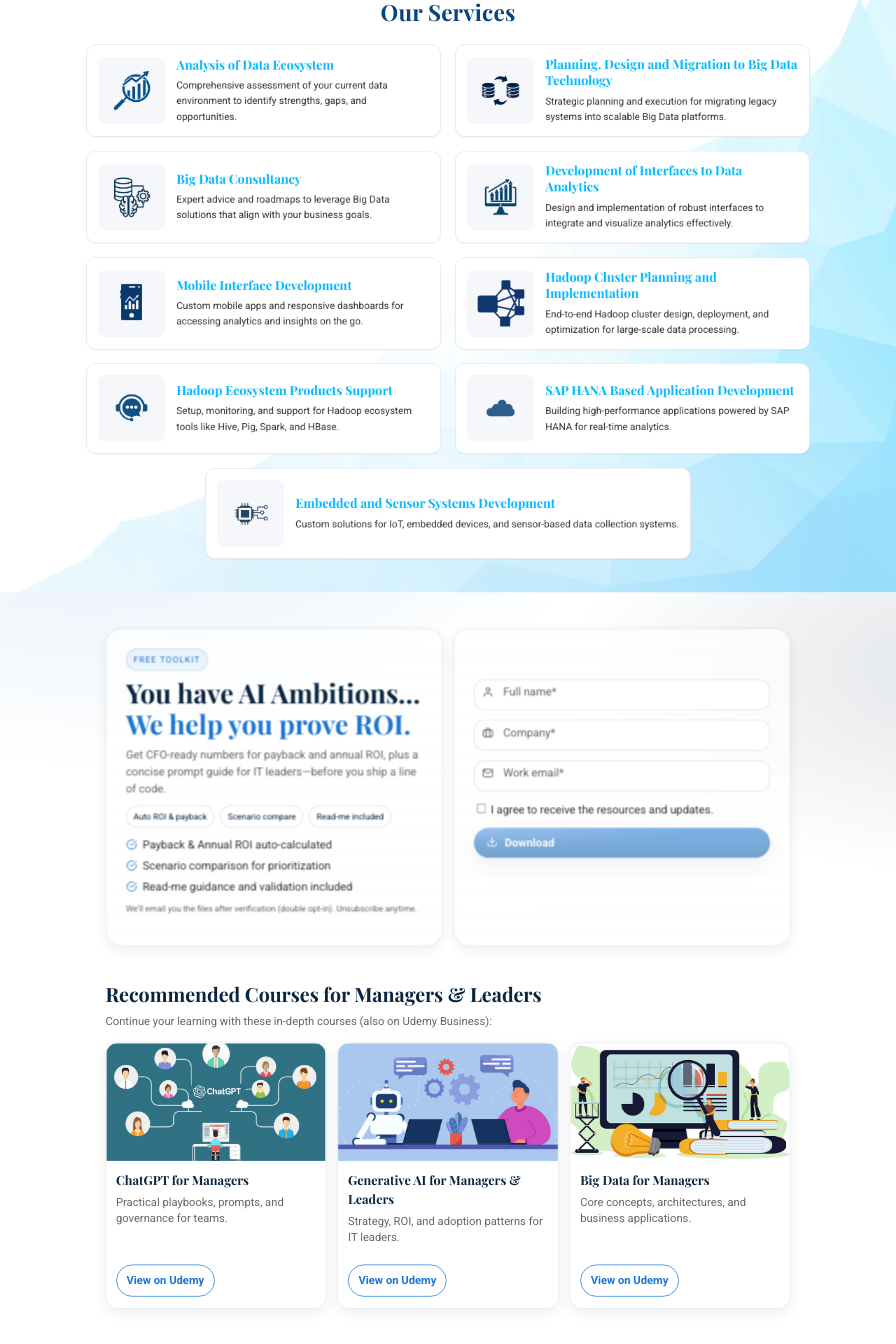
Repository: Yeshwanth-189/spiderOpsNet
Page: / (app in spideropsnet-frontend/)
These files come from the project's save history. The page is drawn as it stood at one moment and after the next save; the edit follows.
The browser window is 1280 px wide. The pictures show the part of the page from y = 1879 to 3799 px (the page is 3799 px tall), at 70% of full size.
The project was rebuilt for these pictures with package versions that can differ from the ones it lists, and the page was loaded fresh each time. Also part of the build but not shown: spideropsnet-frontend/vite.config.js.

Above is the page before, as saved 2025-09-05 18:10:21.

### spideropsnet-frontend/index.html
<!DOCTYPE html>
<html lang="en">
  <head>
    <meta charset="UTF-8" />
    <link rel="icon" type="image/svg+xml" href="/spideropsnet.svg" />
    <link
      href="https://fonts.googleapis.com/css2?family=Playfair+Display:wght@400;600;700&family=Roboto:wght@400;500;700&display=swap"
      rel="stylesheet"
    />
    <meta name="viewport" content="width=device-width, initial-scale=1.0" />
    <title>SpiderOpsNet</title>
  </head>
  <body>
    <div id="root"></div>
    <script type="module" src="/src/main.jsx"></script>
  </body>
</html>

### spideropsnet-frontend/src/App.jsx
import "./App.css";
import SpiderOpsNet from "./components/SpiderOpsNet";
import { BrowserRouter as Router, Routes, Route } from "react-router-dom";

function App() {
  return (
    <>
      <Router>
        <Routes>
          <Route path="/" element={<SpiderOpsNet />} />
          {/* <Route path="/overview" element={<Overview />} />
          <Route path="/profession" element={<Profession />} />
          <Route path="/projects" element={<Project />} />
          <Route path="/education" element={<Education />} />
          <Route path="/skills" element={<Skills />} />
          <Route path="/achievements" element={<Awards />} /> */}
        </Routes>
      </Router>
    </>
  );
}

export default App;

### spideropsnet-frontend/src/App.css
:root {
  /* Brand Colors */
  --color-primary: #0b437c; /* Dark Navy Blue */
  --color-secondary: #00b6fd; /* Professional Light Blue */

  /* Backgrounds */
  --color-bg: #ffffff;
  --color-bg-light: #f5f5f5;

  /* Neutral Grays */
  --color-gray-dark: #333333;
  --color-gray-mid: #666666;
  --color-gray-light: #f5f5f5;

  /* Status Colors */
  --color-success: #2e7d32;
  --color-warning: #ed6c02;
  --color-error: #d32f2f;

  /* Typography */
  --font-heading: "Playfair Display", serif;
  --font-body: "Roboto", sans-serif;

  /* Font Sizes (scalable for responsive design) */
  --text-h1: 2.5rem;
  --text-h2: 2rem;
  --text-h3: 1.5rem;
  --text-body: 1rem;
  --text-small: 0.875rem;

  /* Spacing (consistent padding/margin system) */
  --space-xs: 4px;
  --space-sm: 8px;
  --space-md: 16px;
  --space-lg: 24px;
  --space-xl: 32px;

  /* Border Radius */
  --radius-sm: 4px;
  --radius-md: 8px;
  --radius-lg: 16px;

  /* Shadows */
  --shadow-sm: 0 1px 2px rgba(0, 0, 0, 0.05);
  --shadow-md: 0 4px 6px rgba(0, 0, 0, 0.1);
  --shadow-lg: 0 10px 15px rgba(0, 0, 0, 0.15);
}

html,
body {
  margin: 0;
  padding: 0;
}
* {
  box-sizing: border-box;
}
/* Base Typography */
body {
  font-family: var(--font-body);
  font-size: var(--text-body);
  color: var(--color-gray-dark);
  background-color: var(--color-bg);
  margin: 0;
  padding: 0;
}

h1,
h2,
h3,
h4,
h5,
h6 {
  font-family: var(--font-heading);
  color: var(--color-primary);
  margin: 0 0 var(--space-md);
}

p {
  margin: 0 0 var(--space-md);
  color: var(--color-gray-mid);
}

### spideropsnet-frontend/src/components/SpiderOpsNet.jsx
import React from "react";
import Hero from "../components/Hero";
import NavBar from "../components/NavBar";
import About from "../components/About";
import Services from "../components/Services";
// import Experience from "../components/Experience";
// import Communications from "../components/Communications";
import "../styles/SpiderOpsNet.css";
import Courses from "../components/Courses";

function SpiderOpsNet() {
  return (
    <>
      <NavBar />
      <Hero />
      <About />
      <Services />
      <Courses />
      {/* <Experience />
      <Communications /> */}
    </>
  );
}

export default SpiderOpsNet;

### spideropsnet-frontend/src/components/Hero.jsx
import React from "react";
import "../styles//Hero.css";
import DataMountains from "../assets/DataMountains.png";
// eslint-disable-next-line no-unused-vars
import { motion, useReducedMotion } from "framer-motion";

export default function Hero({
  title = "You have Data Mountains?",
  subtitle = "We have Big Data Solutions!",
  paragraph = "From scalable data pipelines to real-time analytics and AI-assisted insights, we turn your data mountains into business outcomes.",
  ctaText = "View Services",
  onCtaClick = () => {},
  imageAlt = "Abstract mountain range representing big data layers",
}) {
  const prefersReducedMotion = useReducedMotion();

  const initial = prefersReducedMotion ? { opacity: 0 } : { opacity: 0, y: 40 };
  const animate = prefersReducedMotion ? { opacity: 1 } : { opacity: 1, y: 0 };
  const transition = prefersReducedMotion
    ? { duration: 0.6, ease: "easeOut" }
    : { duration: 0.9, ease: "easeOut" };
  return (
    <motion.section
      className="hero"
      aria-label="Data Solutions Hero"
      initial={initial}
      animate={animate}
      transition={transition}
    >
      <header className="hero__header">
        <h1 className="hero__title">{title}</h1>
        <h1 className="hero__subtitle">{subtitle}</h1>
      </header>

      <div className="hero__left">
        <p className="hero__paragraph">{paragraph}</p>
        <button className="hero__cta" onClick={onCtaClick} aria-label={ctaText}>
          {ctaText}
        </button>
      </div>

      <figure className="hero__right">
        <img
          className="hero__image"
          src={DataMountains}
          alt={imageAlt}
          loading="eager"
        />
      </figure>
    </motion.section>
  );
}

### spideropsnet-frontend/src/components/NavBar.jsx
import React, { useState } from "react";
import { Link } from "react-router-dom";
import "../styles/NavBar.css";
import SpiderOpsNet from "../assets/SpiderOpsNet.png";

function Navbar() {
  const [isOpen, setIsOpen] = useState(false);

  return (
    <nav className="navbar">
      <div className="navbar-grid">
        <div className="col-1" />

        <div className="col-2to11 navbar-content">
          <div className="navbar-logo">
            <img
              alt="logo"
              className="navbar-logo-image"
              src={SpiderOpsNet}
            ></img>
            <h2>
              <span className="primary"></span>Spider
              <span className="secondary">OpsNet</span>
            </h2>
            <div className="hamburger" onClick={() => setIsOpen(!isOpen)}>
              <span className={isOpen ? "bar rotate-top" : "bar"}></span>
              <span className={isOpen ? "bar fade" : "bar"}></span>
              <span className={isOpen ? "bar rotate-bottom" : "bar"}></span>
            </div>
          </div>

          {/* Links */}
          <div className={`navbar-links ${isOpen ? "open" : ""}`}>
            <Link to="/Home" onClick={() => setIsOpen(false)}>
              Home
            </Link>
            <Link to="/About" onClick={() => setIsOpen(false)}>
              About
            </Link>
            <Link to="/Services" onClick={() => setIsOpen(false)}>
              Services
            </Link>
            <Link to="/Courses" onClick={() => setIsOpen(false)}>
              Courses
            </Link>
            <Link to="/Projects" onClick={() => setIsOpen(false)}>
              Projects
            </Link>
            <Link to="/Blogs" onClick={() => setIsOpen(false)}>
              Blogs
            </Link>
            <Link to="/Contact" onClick={() => setIsOpen(false)}>
              Contact
            </Link>
          </div>
        </div>

        <div className="col-12" />
      </div>
    </nav>
  );
}

export default Navbar;

### spideropsnet-frontend/src/styles/Hero.css
:root {
  --brand-primary: var(--color-primary, #0a2540); /* Dark Navy */
  --brand-accent: var(--color-accent, #1976d2); /* Light Blue */
  --surface: var(--color-surface, #ffffff);
  --text: var(--color-text, #333333);
  --muted: var(--color-muted, #666666);
  --elev: 24px;
}

/* Grid shell: 12 columns desktop, 4 columns mobile */
.hero {
  --gutter: clamp(12px, 2vw, 24px);
  display: grid;
  grid-template-columns:
    [line1] 1fr /* empty gutter */
    [line2] repeat(10, minmax(0, 1fr)) /* content */
    [line12] 1fr /* empty gutter */
    [line13];
  gap: var(--gutter);
  padding: clamp(32px, 6vw, 80px) var(--gutter);
  background: linear-gradient(180deg, rgb(195, 225, 255), transparent 60%),
    var(--surface);
  color: var(--text);
  margin-top: 5%;
}

.hero__header {
  grid-column: 3 / 12;
}

.hero__title {
  margin: 0 0 8px 0;
  font-size: clamp(28px, 4vw, 56px);
  line-height: 1.1;
  letter-spacing: -0.02em;
  color: var(--brand-primary);
  font-family: "Playfair Display", ui-serif, Georgia, serif;
}

.hero__subtitle {
  margin: 0 0 clamp(16px, 2.5vw, 28px) 0;
  font-size: clamp(18px, 2.2vw, 28px);
  line-height: 1.2;
  color: var(--color-secondary);
  font-family: Roboto, system-ui, -apple-system, Segoe UI, "Helvetica Neue",
    Arial, sans-serif;
}

.hero__left {
  grid-column: 3 / 6;
  align-self: start;
}

.hero__paragraph {
  margin: 0 0 16px 0;
  font-size: clamp(14px, 1.2vw, 18px);
  line-height: 1.7;
  color: var(--color-gray-dark);
}

.hero__cta {
  appearance: none;
  border: none;
  cursor: pointer;
  padding: 12px 18px;
  border-radius: 5px;
  background: var(--brand-accent);
  color: #fff;
  font-weight: 600;
  font-size: 16px;
  box-shadow: 0 6px 20px rgba(25, 118, 210, 0.25);
  transition: transform 120ms ease, box-shadow 120ms ease, filter 120ms ease;
}

.hero__cta:hover {
  transform: translateY(-1px);
  box-shadow: 0 10px 28px rgba(25, 118, 210, 0.35);
}

.hero__cta:active {
  transform: translateY(0);
  filter: brightness(0.96);
}

/* Right block: lines 6 → 12 (i.e., cols 6–11 inclusive) */
.hero__right {
  grid-column: 6 / 12;
  margin: 0;
}

.hero__image {
  width: 100%;
  height: auto;
  display: block;
}

/* Responsive: switch to 4-column grid on mobile */
@media (max-width: 767.98px) {
  .hero {
    grid-template-columns:
      [m1] 1fr /* empty */
      [m2] repeat(2, minmax(0, 1fr)) /* content */
      [m4] 1fr /* empty */
      [m5];
    margin-top: 15%;
  }

  .hero__header,
  .hero__left,
  .hero__right {
    grid-column: 2 / 4; /* span the two content columns */
  }

  .hero__right {
    order: 3;
  }
  .hero__left {
    order: 2;
  }
  .hero__header {
    order: 1;
  }
}

/* Prefers-reduced-motion respect */
@media (prefers-reduced-motion: reduce) {
  .hero__cta {
    transition: none;
  }
}

### spideropsnet-frontend/src/styles/NavBar.css
.navbar {
  position: fixed;
  width: 100%;
  background-color: var(--color-bg);
  z-index: 999;
  padding: 12px 0;
}

.navbar-grid {
  display: grid;
  grid-template-columns: repeat(12, 1fr);
  align-items: center;
  max-width: 1400px;
  margin: 0 auto;
  padding: 0 20px;
}

.col-1 {
  grid-column: 1 / 2;
}

.col-2to11 {
  grid-column: 2 / 12;
  display: flex;
  justify-content: space-between;
  align-items: center;
}

.col-12 {
  display: none;
}

/* Left: Logo */
.navbar-logo {
  font-family: "Playfair Display", serif;
  font-size: 1.3rem;
  color: var(--color-primary);
  display: flex;
  justify-content: flex-start;
  align-items: flex-start;
  gap: 10px;
  width: 100%;
}

.navbar-logo-image {
  width: 5%;
}

.primary {
  color: #0a2540;
}

.secondary {
  color: #00b6fd;
}

/* Right: Links */
.navbar-links {
  display: flex;
  gap: 32px;
  font-family: "Playfair Display", serif;
  font-size: 0.95rem;
}

.navbar-links a {
  color: var(--color-secondary);
  text-decoration: none;
  transition: color 0.3s ease;
  position: relative;
}

.navbar-links a:hover {
  color: var(--color-primary);
}

.navbar-links a::after {
  content: "";
  display: block;
  height: 2px;
  width: 0;
  background-color: var(--color-secondary);
  transition: width 0.3s ease;
  position: absolute;
  bottom: -4px;
  left: 0;
}

.navbar-links a:hover::after {
  width: 100%;
}
.hamburger {
  display: none;
  flex-direction: column;
  justify-content: center;
  align-items: flex-end;
  gap: 5px;
  margin-left: auto;
  cursor: pointer;
  z-index: 1000;
}

.bar {
  width: 22px;
  height: 3px;
  background-color: var(--color-primary);
  transition: all 0.3s ease;
}

.rotate-top {
  transform: rotate(45deg) translateY(8px);
}

.fade {
  opacity: 0;
}

.rotate-bottom {
  transform: rotate(-45deg) translateY(-8px);
}

/* Responsive */
@media screen and (max-width: 768px) {
  .navbar-grid {
    grid-template-columns: 1fr;
  }

  .col-2to11 {
    flex-direction: column;
    gap: 14px;
    grid-column: span 12;
  }

  .navbar-logo {
    font-size: 1.1rem;
  }

  .navbar-logo-image {
    width: 10%;
  }

  .navbar-links {
    flex-direction: column;
    gap: 12px;
  }
  @media screen and (max-width: 768px) {
    .hamburger {
      margin-top: 5%;
      display: flex;
    }
    .navbar {
      top: 0;
      border-bottom: 1px solid #0a2540;
    }

    .navbar-links {
      display: none;
      flex-direction: column;
      gap: 16px;
      margin-top: 1rem;
      width: 100%;
    }

    .navbar-links.open {
      display: flex;
      animation: fadeIn 0.3s ease-in-out;
    }
  }

  @keyframes fadeIn {
    from {
      opacity: 0;
      transform: translateY(-10px);
    }
    to {
      opacity: 1;
      transform: translateY(0);
    }
  }
}

### spideropsnet-frontend/src/styles/Courses.css
/* src/styles/Courses.css */
/* Uses your palette (variables.css) if present. Falls back to defaults. */
:root {
  --navy: var(--color-navy, #0a2540);
  --blue: var(--color-blue, #1976d2);
  --bg: var(--color-bg, #ffffff);
  --g900: var(--gray-900, #333333);
  --g600: var(--gray-600, #666666);
  --g100: var(--gray-100, #f5f5f5);

  --radius-lg: 16px;
  --radius-xl: 22px;
  --shadow-sm: 0 6px 18px rgba(10, 37, 64, 0.08);
  --shadow-md: 0 10px 30px rgba(10, 37, 64, 0.12);
  --focus: 0 0 0 3px rgba(25, 118, 210, 0.25);
  --gutter: 16px;
}

/* Section background: gradient mesh with subtle noise */
.courses-wrap {
  position: relative;
  padding: clamp(28px, 4vw, 56px) 0;
  color: var(--g900);
  background: radial-gradient(
      1200px 600px at 10% -10%,
      rgba(25, 118, 210, 0.1),
      transparent 60%
    ),
    radial-gradient(
      1000px 500px at 110% 10%,
      rgba(10, 37, 64, 0.12),
      transparent 60%
    ),
    var(--bg);
  overflow: hidden;
}

/* 12-col scaffold */
.grid12 {
  display: grid;
  grid-template-columns: repeat(12, minmax(0, 1fr));
  gap: var(--gutter);
  width: min(1200px, 92vw);
  margin-inline: auto;
}

/* Glass card look (both columns) */
.glass-card {
  position: relative;
  background: linear-gradient(
    180deg,
    rgba(255, 255, 255, 0.72),
    rgba(255, 255, 255, 0.66)
  );
  backdrop-filter: blur(6px);
  -webkit-backdrop-filter: blur(6px);
  border-radius: var(--radius-xl);
  border: 1px solid rgba(10, 37, 64, 0.1);
  box-shadow: var(--shadow-sm);
}

/* Top split */
.roi-download {
  align-items: stretch;
  margin-bottom: clamp(24px, 4vw, 48px);
}
.roi-download .col-left {
  grid-column: 2 / 7;
  padding: clamp(18px, 2.2vw, 28px);
}
.roi-download .col-right {
  grid-column: 7 / 12;
  padding: clamp(18px, 2.2vw, 28px);
  padding-top: 15%;
}

/* Kicker + headings */
.kicker {
  display: inline-block;
  font-size: 12px;
  letter-spacing: 0.12em;
  text-transform: uppercase;
  color: var(--blue);
  background: rgba(25, 118, 210, 0.08);
  border: 1px solid rgba(25, 118, 210, 0.2);
  padding: 6px 10px;
  border-radius: 999px;
  margin-bottom: 10px;
}

.roi-title {
  font-family: "Playfair Display", serif;
  font-size: clamp(26px, 3.2vw, 38px);
  line-height: 1.15;
  color: var(--navy);
  margin: 0 0 10px;
}
.roi-title .accent {
  color: var(--blue);
}

.roi-desc {
  margin: 0 0 12px;
  color: var(--g600);
}

/* feature chips */
.chips {
  display: flex;
  flex-wrap: wrap;
  gap: 8px;
  margin: 8px 0 12px;
  padding: 0;
  list-style: none;
}
.chips li {
  font-size: 12px;
  color: var(--navy);
  border: 1px solid rgba(10, 37, 64, 0.12);
  border-radius: 999px;
  padding: 6px 10px;
  background: rgba(255, 255, 255, 0.7);
}

.roi-bullets {
  margin: 0 0 10px 0;
  padding: 0;
  list-style: none;
}
.roi-bullets li {
  display: flex;
  align-items: center;
  gap: 8px;
  color: var(--g900);
  margin: 6px 0;
}
.roi-bullets svg {
  flex: 0 0 auto;
  color: var(--blue);
}

.fine-print {
  font-size: 12px;
  color: var(--g600);
  margin-top: 6px;
}

/* Floating label inputs with icons */
.download-form {
  display: grid;
  gap: 14px;
}

.fl-input {
  position: relative;
  display: grid;
}
.fl-input input {
  width: 100%;
  padding: 14px 12px 12px 40px; /* room for icon */
  border-radius: 14px;
  border: 1px solid rgba(10, 37, 64, 0.14);
  background: #fff;
  color: var(--g900);
  font-size: 14px;
  outline: none;
  transition: box-shadow 0.15s ease, border-color 0.15s ease,
    transform 0.05s ease;
}
.fl-input input:focus {
  border-color: var(--blue);
  box-shadow: var(--focus);
}
.fl-input .fl-icon {
  position: absolute;
  left: 12px;
  top: 40%;
  transform: translateY(-50%);
  pointer-events: none;
  opacity: 0.8;
}
.fl-input label {
  position: absolute;
  left: 40px;
  top: 40%;
  transform: translateY(-50%);
  color: var(--g600);
  background: transparent;
  transition: all 0.15s ease;
  padding: 0 0.2ch;
  pointer-events: none;
}
.fl-input input:not(:placeholder-shown) + label,
.fl-input input:focus + label {
  top: -8px;
  transform: none;
  font-size: 12px;
  color: var(--blue);
  background: #fff;
  border-radius: 6px;
  padding: 0 6px;
}
.fl-input.invalid input {
  border-color: #d32f2f;
}
.fl-input.invalid input:focus {
  box-shadow: 0 0 0 3px rgba(211, 47, 47, 0.15);
}
.field-error {
  margin-top: 6px;
  font-size: 12px;
  color: #d32f2f;
}

/* CTA button with gradient edge + ripple */
.btn-download {
  position: relative;
  display: inline-flex;
  gap: 10px;
  padding: 12px 18px;
  border-radius: 999px;
  border: 0;
  font-weight: 600;
  color: #fff;
  cursor: pointer;
  overflow: hidden;
  box-shadow: var(--shadow-md);
  isolation: isolate;
  background: linear-gradient(180deg, #1d7fe3, #1668b6);
  transition: transform 0.06s ease, filter 0.18s ease;
}
.btn-download .btn-bg {
  position: absolute;
  inset: 0;
  pointer-events: none;
  background: radial-gradient(
    120% 120% at 0% 0%,
    rgba(255, 255, 255, 0.25),
    transparent 60%
  );
  opacity: 0.8;
  mix-blend-mode: screen;
}
.btn-download:disabled {
  opacity: 0.6;
  cursor: not-allowed;
  filter: grayscale(0.1);
}
.btn-download:hover:not(:disabled) {
  filter: brightness(1.04);
}
.btn-download:active:not(:disabled) {
  transform: translateY(1px);
}
.btn-download .btn-ripple {
  position: absolute;
  inset: 0;
  opacity: 0;
  background: radial-gradient(
    180px 180px at var(--x, 50%) var(--y, 50%),
    rgba(255, 255, 255, 0.35),
    transparent 40%
  );
  transition: opacity 0.25s ease;
}
.btn-download:focus-visible {
  outline: none;
  box-shadow: var(--focus);
}

/* Ripple interaction */
.btn-download:where(:hover, :focus-visible) .btn-ripple {
  opacity: 0.9;
}

/* Success */
.form-success {
  margin-top: 6px;
  font-size: 14px;
  color: #2e7d32;
}

/* Courses area */
.courses-grid {
  row-gap: 18px;
}
.col-2-11 {
  grid-column: 2 / 12;
}

.courses-head h3 {
  margin: 0;
  font-family: "Playfair Display", serif;
  font-size: clamp(20px, 2.2vw, 28px);
  color: var(--navy);
}
.subhead {
  margin: 6px 0 0;
  color: var(--g600);
}

.courses-cards {
  display: grid;
  grid-template-columns: repeat(3, minmax(0, 1fr));
  gap: 16px;
}
.course-card {
  background: #fff;
  border: 1px solid rgba(10, 37, 64, 0.08);
  border-radius: var(--radius-lg);
  overflow: hidden;
  display: grid;
  grid-template-rows: auto 1fr auto;
  box-shadow: var(--shadow-sm);
  transform: translateY(0);
  transition: transform 0.18s ease, box-shadow 0.18s ease,
    border-color 0.18s ease;
}
.course-card:hover {
  transform: translateY(-3px);
  box-shadow: 0 16px 36px rgba(10, 37, 64, 0.12);
  border-color: rgba(10, 37, 64, 0.16);
}
.course-media img {
  width: 100%;
  height: 168px;
  object-fit: cover;
  display: block;
}
.course-body {
  padding: 14px;
}
.course-body h4 {
  margin: 0 0 6px;
  font-size: 18px;
  color: var(--navy);
}
.course-body p {
  margin: 0;
  color: var(--g600);
}
.course-actions {
  padding: 12px 14px 16px;
}

.btn-outline {
  display: inline-block;
  text-decoration: none;
  font-weight: 600;
  border: 1.5px solid var(--blue);
  color: var(--blue);
  padding: 10px 14px;
  border-radius: 999px;
  transition: background 0.15s ease, color 0.15s ease, transform 0.06s ease;
}
.btn-outline:hover {
  background: var(--blue);
  color: #fff;
}
.btn-outline:active {
  transform: translateY(1px);
}

/* Layout responsiveness */
@media (max-width: 1024px) {
  .roi-download .col-left {
    grid-column: 2 / 12;
  }
  .roi-download .col-right {
    grid-column: 2 / 12;
  }
  .courses-cards {
    grid-template-columns: repeat(2, minmax(0, 1fr));
  }
}
@media (max-width: 640px) {
  .grid12 {
    width: 94vw;
  }
  .courses-cards {
    grid-template-columns: 1fr;
  }
}

/* Pointer coordinates for ripple (no JS—works with :hover position on most browsers) */
.btn-download:hover {
  --x: 20%;
  --y: 30%;
}

Loaded but not shown: spideropsnet-frontend/src/main.jsx (common file); spideropsnet-frontend/src/index.css (common file); spideropsnet-frontend/src/components/Courses.jsx (288 lines, source omitted); spideropsnet-frontend/src/components/About.jsx (129 lines, source omitted); spideropsnet-frontend/src/components/Services.jsx (115 lines, source omitted); spideropsnet-frontend/src/styles/About.css (168 lines, source omitted); spideropsnet-frontend/src/styles/Services.css (155 lines, source omitted); spideropsnet-frontend/src/styles/SpiderOpsNet.css (no stored copy; drawn as an empty file)

After the next save:
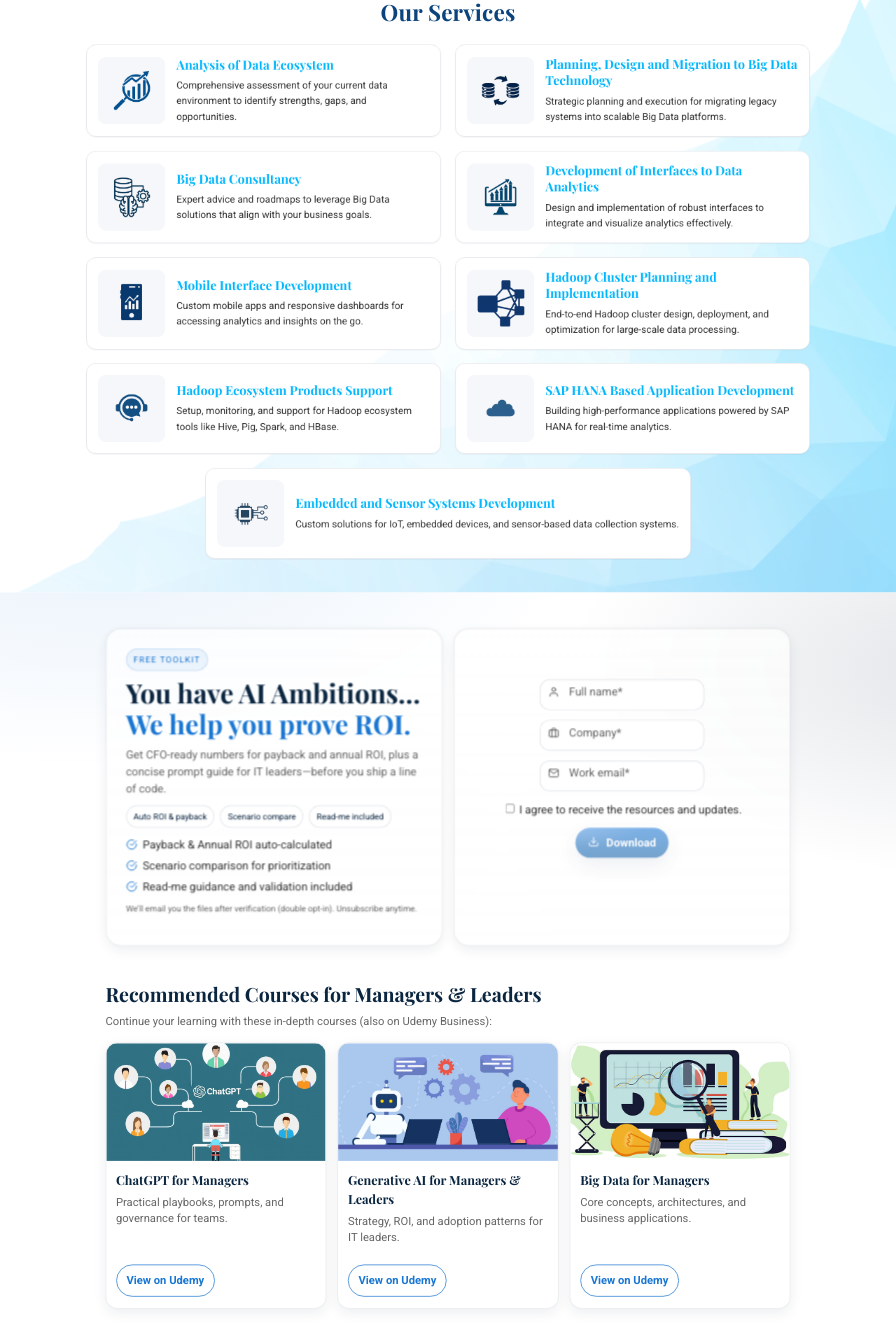
Saved 2 min 36 s later.
--- a/spideropsnet-frontend/src/styles/Courses.css
+++ b/spideropsnet-frontend/src/styles/Courses.css
@@ -149,6 +149,7 @@
 .download-form {
   display: grid;
   gap: 14px;
+  justify-items: center;
 }
 
 .fl-input {
